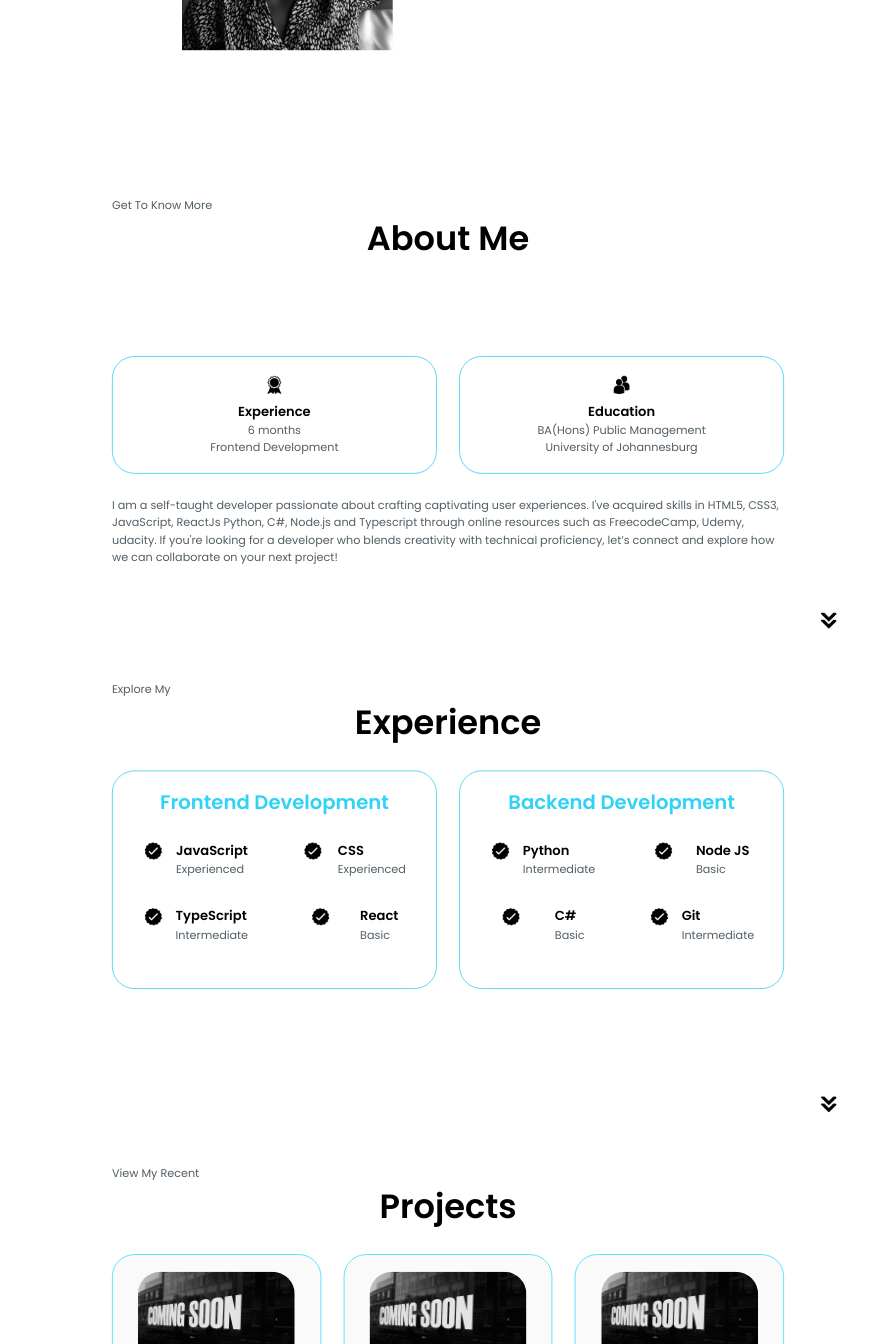
Repository: ntandomagana/FS-Dev-Portfolio
Page: index.html
The author's editor kept a copy of each file at every save. The page is drawn from the files as they stood at one save, then again after the next save.
The browser window is 1280 px wide. The pictures show the part of the page from y = 564 to 2484 px (the page is 3177 px tall), at 70% of full size.

Above is the page before, as saved 2024-05-06 15:19:29.

After the next save:
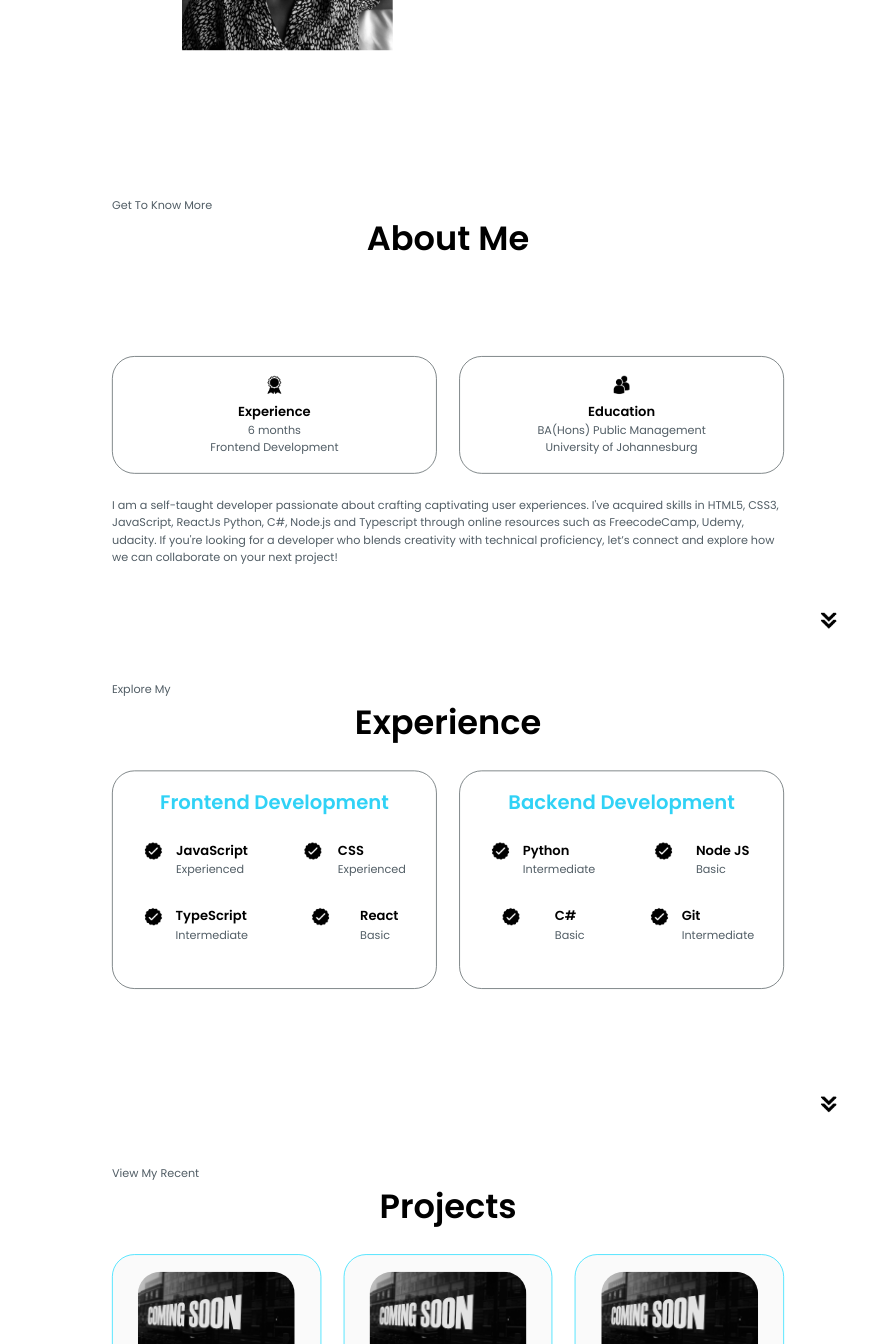
Saved 4 s later.
--- a/style.css
+++ b/style.css
@@ -281,7 +281,7 @@ section {
   background: white;
   border-radius: 2rem;
   border: rgb(76, 87, 90) 0.1rem solid;
-  border-color: rgb(28, 197, 249);
+  border-color: rgb(76, 87, 90);
   text-align: center;
 }
 
